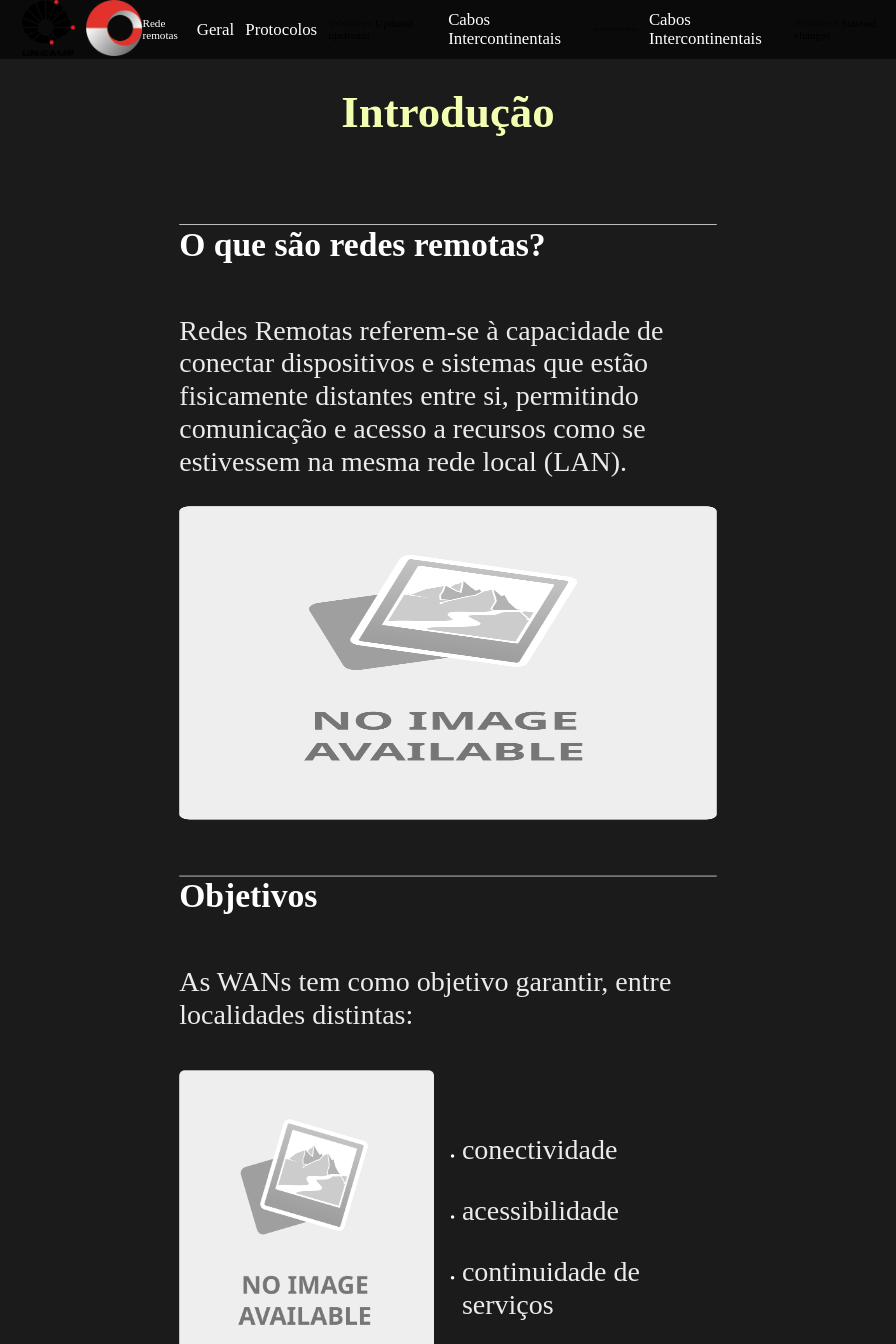
Repository: rafafbd/Site-sobre-redes-remotas
Page: Code/index.html
The author's editor kept a copy of each file at every save. The page is drawn from the files as they stood at one save, then again after the next save.
The browser window is 1280 px wide. The pictures show the part of the page from y = 0 to 1920 px (the page is 8539 px tall), at 70% of full size.

Above is the page before, as saved 2025-05-27 07:54:51.

### Code/index.html
<!DOCTYPE html>
<html lang="en">

<head>
    <meta charset="UTF-8">
    <meta name="viewport" content="width=device-width, initial-scale=1.0">
    <title>Redes remotas</title>
    <link rel="stylesheet" href="index.css">
</head>
<body>
    <header class="flex-space" id="header">
        <div class="flex-space gap logos">
            <a href="https://unicamp.br/"><img src="/Assets/image.png" alt="" class="logo"></a>
            <a href="https://cotuca.unicamp.br/"><img src="/Assets/logo-cotuca.png" alt="" class="logo"></a>
        </div>
        <p class="titulo-principal centro">Rede remotas</p>
        <div class="flex-space meio gap">
            <a href="#header" class="aHead">Geral</a>
            <a href="" class="aHead">Protocolos</a>
<<<<<<< Updated upstream
            <a href="cabos.html" class="aHead">Cabos Intercontinentais</a>
=======
            <a href="caboInt.html" class="aHead">Cabos Intercontinentais</a>
>>>>>>> Stashed changes
        </div>
    </header>
    <main class="centro">

        <div class="full-content centro">
            <h1 class="titulo">Introdução</h1>
        </div>
        <!-- Introdução -->
        <div class="full-content">
            <h1 class="subtitulo">O que são redes remotas?</h1>
        </div>
        <div class="centro">
            <p class="full-content texto">Redes Remotas referem-se à capacidade de conectar dispositivos e sistemas que
                estão fisicamente distantes entre si, permitindo comunicação e acesso a recursos como se estivessem na
                mesma rede local (LAN).</p>
            <img src="/Assets/placeholder.png" alt="" class="full-content imagem">
        </div>

        <!-- Objetivos -->
        <div class="full-content">
            <h1 class="subtitulo">Objetivos</h1>
        </div>
        <p class="full-content texto">As WANs tem como objetivo garantir, entre localidades distintas:</p>
        <div class="full-content flex-space padCima">
            <img src="/Assets/placeholder.png" alt="" class="imagem">
            <ul class="lista">
                <li>
                    <p class="texto">conectividade</p>
                </li>
                <li>
                    <p class="texto">acessibilidade</p>
                </li>
                <li>
                    <p class="texto">continuidade de serviços</p>
                </li>
            </ul>
        </div>


        <!-- Importância -->
        <div class="full-content">
            <div>
                <h1 class="subtitulo">Importância</h1>
            </div>
            <ul class="lista">
                <li>
                    <p class="texto">Governamental</p>
                </li>
                <li>
                    <p class="texto">Empresarial</p>
                </li>
                <li>
                    <p class="texto">Individual</p>
                </li>
            </ul>
        </div>

        <!-- Modos de conexão -->
        <div class="full-content centro">
            <h1 class="titulo">Modos de conexão</h1>
        </div>

        <div class="full-content flex-space padCima">
            <ul class="lista">
                <li><p class="texto">Linhas Alugadas</p></li>
                <li><p class="texto">Tunelamento</p></li>
                <li><p class="texto">MPLS (Multiprotocol Label Switching)</span></p></li>
                <li><p class="texto">SD-WAN (WAN Definida por Software)</span></p></li>
                <li><p class="texto">MPLS vs SD-WAN</p></li>
            </ul>
        </div>

        <div class="full-content">
            <h1 class="subtitulo">Linhas Alugadas</h1>
        </div>
        <div class="full-content flex-space padCima">
            <img src="/Assets/placeholder.png" alt="" class="imagem">
            <ul class="lista">
                <li><p class="texto">Utilizadas para integrar <span>duas LANs distantes</span>.</p></li>
                <li><p class="texto">Fornecidas por <span>provedores de serviços de Internet (ISPs)</span>.</p></li>
                <li><p class="texto">Oferecem <span>alta disponibilidade</span> e <span>baixa latência</span>.</p></li>
                <li><p class="texto">Ideais para aplicações com <span>tráfego constante e estável</span>.</p></li>
            </ul>
        </div>

        <div class="full-content">
            <h1 class="subtitulo">Tunelamento</h1>
        </div>
        <div class="centro">
            <p class="full-content texto">
                O <span>tunelamento</span> permite encapsular pacotes de dados para que sejam transmitidos com segurança
                por redes públicas como a Internet. Ele é fundamental para a criação de <span>VPNs (redes privadas
                    virtuais)</span>, onde os dados trafegam de forma <span>criptografada</span> por um “túnel” digital,
                conectando usuários remotos a redes corporativas de forma protegida. Isso assegura <span>privacidade,
                    integridade</span> e acesso seguro a recursos internos.
            </p>
            <img src="/Assets/placeholder.png" alt="" class="full-content imagem">
        </div>

        <div class="full-content">
            <h1 class="subtitulo">MPLS (Multiprotocol Label Switching)</h1>
        </div>
        <div class="centro">
            <p class="full-content texto">
                O <span>MPLS</span> usa rótulos para direcionar dados rapidamente entre pontos da rede. Opera entre as camadas 2 e 3 do modelo OSI e pode ser usado com <span>ethernet, ATM, frame relay</span> ou <span>IPv6</span>.
            </p>
        </div>

        <div class="full-content">
            <h1 class="subtitulo">SD-WAN (WAN Definida por Software)</h1>
        </div>
        <div class="centro">
            <p class="full-content texto">
                A <span>SD-WAN</span> é uma abordagem moderna que passa o controle da rede para uma
                <span>camada de software</span>. Ao <span>utilizar conexões de Internet</span> convencionais e estáveis, ela oferece
                uma alternativa mais <span>flexível</span> e econômica ao MPLS, que depende de hardware. A SD-WAN permite configurar e otimizar o
                tráfego entre filiais, data centers e a nuvem, com foco em agilidade, segurança e <span>redução de custos</span>.
                Mesmo assim, a SD-WAN pode usar aproveitar e usar o MPLS.
            </p>
            <img src="/Assets/placeholder.png" alt="" class="full-content imagem">
        </div>

        <!-- Nome do tópico -->

        <div class="centro">
            <p class="full-content texto">Lorem ipsum dolor sit, amet consectetur adipisicing elit. Porro aperiam,
                assumenda
                quasi dolores nobis ipsum eius, fugiat asperiores voluptatibus beatae voluptas, laborum eveniet?
                Maiores, et
                omnis. Corrupti odio doloribus molestiae.</p>
            <img src="/Assets/placeholder.png" alt="" class="full-content imagem">
        </div>


        <div class="full-content">
            <h1 class="subtitulo">Subtítulo 2</h1>
        </div>
        <div class="full-content flex-space padCima">
            <img src="/Assets/placeholder.png" alt="" class="imagem">
            <ul class="lista">
                <li>
                    <p class="texto">bla bla</p>
                </li>
                <li>
                    <p class="texto">o o o o o</p>
                </li>
                <li>
                    <p class="texto">topico legal</p>
                </li>
            </ul>
        </div>
    </main>
</body>

</html>

### Code/index.css

:root{
    --branco: #ffffff;
    --bracoc: #ecebeb;
    --pastel: #f3ffb0;
    --pretoEsc: #0a0a0a;
    --pretoCla: #1b1b1b ;
}

body{
    margin: 0;
}

.flex-space{
    display: flex;
    justify-content: space-between;
    align-items: center;
}

.gap{
    gap: 1rem;
}

.central{
    position: absolute;
    left: 50%;
    transform: translateX(-50%);
}

.centro{
    display: flex;
    justify-content: center;
    flex-wrap: wrap;
}

.meio{
    display: flex;
    align-items: center;
}

.full-content{
    width: 60%;
}

.padCima{
    padding-top: 1rem;
}

.imagem{
    height: 28rem;
}

.titulo{
    color: var(--pastel);
    font-size: 4rem;
    font-weight: bolder;
}

.subtitulo{
    color: var(--branco);
    font-size: 3rem;
    font-weight: bold;
    border-top: solid 0.1rem var(--branco);
    margin-top: 5rem;
}

.titulo-principal{
    color: var(--branco);
}

.texto{
    color: var(--bracoc);
    font-size: 2.5rem;
}

span{
    /* text-decoration: underline; */
    font-weight: bold;
}

.lista{
    list-style-type: disc;
}

.lista li::marker{
    color: var(--branco);
}

header{
    position: fixed;
    width: 100%;
    background-color: var(--pretoEsc);
    margin-bottom: 1rem;
}

.logos{
    margin-left: 2rem;
}

.logo{
    height: 5rem;
}

.nav{
    margin-right: 2rem;
}

.aHead{
    color: var(--branco);
    text-decoration: none;
    font-size: 1.5rem;
}

main{
    padding-top: 5rem;
    background-color: var(--pretoCla);
    flex-direction: column;
    align-items: center;
}

After the next save:
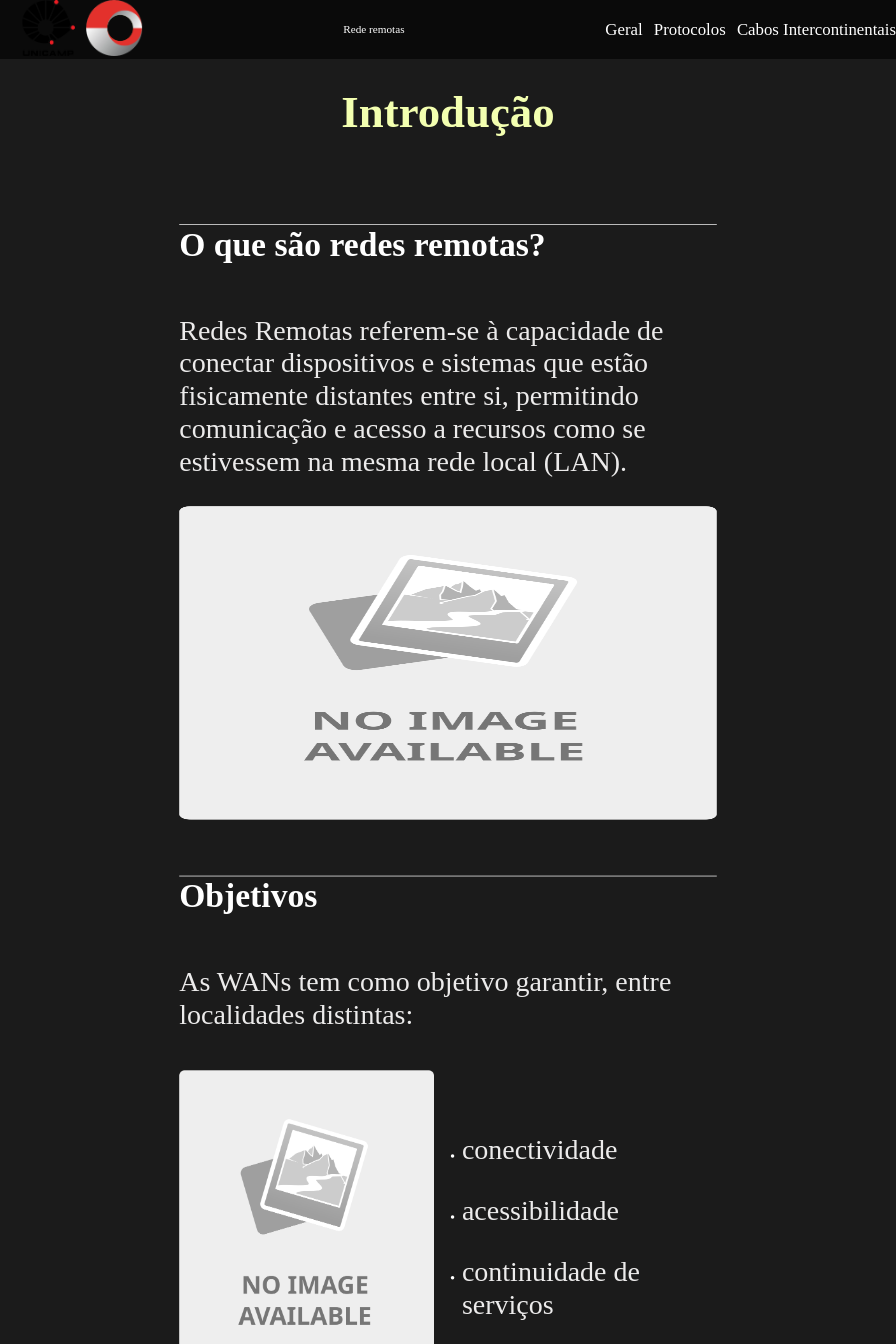
Saved 3 min 3 s later.
--- a/Code/index.html
+++ b/Code/index.html
@@ -17,11 +17,7 @@
         <div class="flex-space meio gap">
             <a href="#header" class="aHead">Geral</a>
             <a href="" class="aHead">Protocolos</a>
-<<<<<<< Updated upstream
-            <a href="cabos.html" class="aHead">Cabos Intercontinentais</a>
-=======
             <a href="caboInt.html" class="aHead">Cabos Intercontinentais</a>
->>>>>>> Stashed changes
         </div>
     </header>
     <main class="centro">
